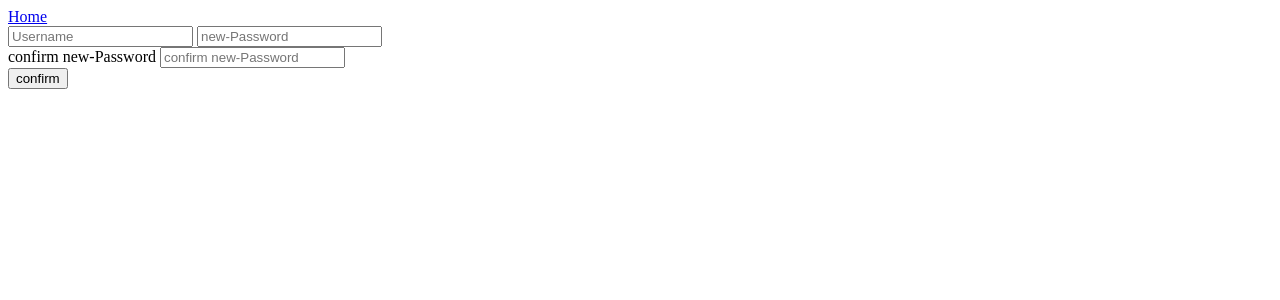
Repository: YagahAi/MARCATIR
Page: forgottenpass.html
An editor plug-in stored every save of this project. The page is shown before and after the next save, followed by the edit.
The browser window is 1280 px wide. The pictures show the whole page.

Above is the page before, as saved 2023-09-27 11:43:12.

### forgottenpass.html
<!DOCTYPE html>
<html lang="en">
<head>
    <meta charset="UTF-8">
    <meta name="viewport" content="width=device-width, initial-scale=1.0">
    <title>Document</title>
</head>
<body>
<a href="/index.html" class="container .hm">Home</a>
    <form class="row g-3">
        <form>
            <input type
        <input type="text" id= "username"placeholder="Username"/>
        <input type=" new-Password" id="new-Password" placeholder="new-Password" />
        <div class="col-auto">
            <label for="inputPassword2" class="visually-hidden">confirm new-Password</label>
        <input type="confirm new-password" class="form-control" id="confirm new-Password" placeholder="confirm new-Password" />
    </div>
        <button type="submit" class="btn btn-primary mb-3">confirm</button>
        </form>

        <!--<form class="row g-3">
            <div class="col-auto">
              <label for="staticEmail2" class="visually-hidden">Email</label>
              <input type="text" readonly class="form-control-plaintext" id="staticEmail2" value="email@example.com">
            </div>
            <div class="col-auto">
              <label for="inputPassword2" class="visually-hidden">Password</label>
              <input type="password" class="form-control" id="inputPassword2" placeholder="Password">
            </div>
            <div class="col-auto">
              <button type="submit" class="btn btn-primary mb-3">Confirm identity</button>
            </div>
          </form>-->

        </body>
</html>

After the next save:
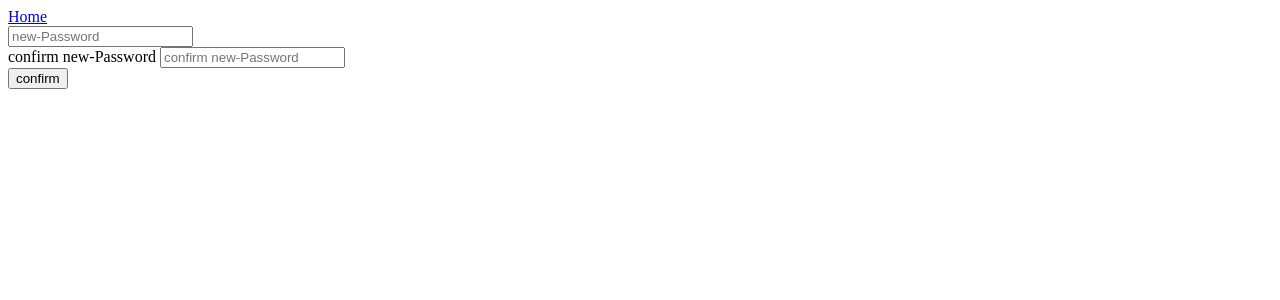
Saved 11 s later.
--- a/forgottenpass.html
+++ b/forgottenpass.html
@@ -9,7 +9,7 @@
 <a href="/index.html" class="container .hm">Home</a>
     <form class="row g-3">
         <form>
-            <input type
+            <div
         <input type="text" id= "username"placeholder="Username"/>
         <input type=" new-Password" id="new-Password" placeholder="new-Password" />
         <div class="col-auto">

After the 5 saves that followed:
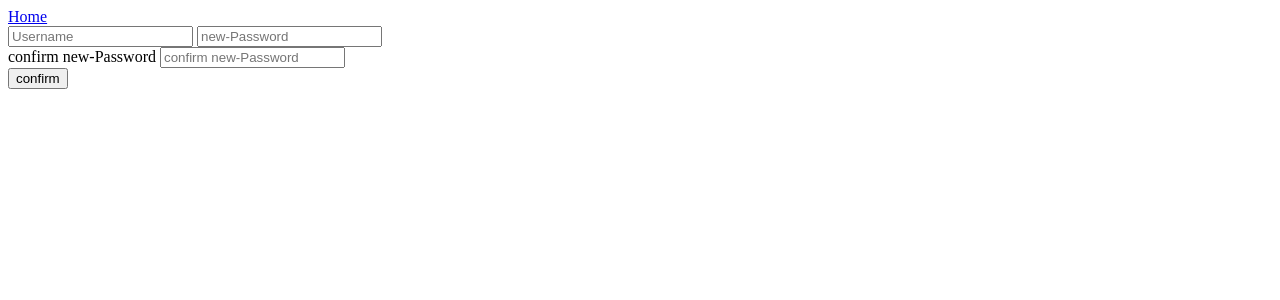
The 5 saves are shown as one change because 2 left the picture as it was and some came seconds apart.
The last was saved 19 s later.
--- a/forgottenpass.html
+++ b/forgottenpass.html
@@ -9,7 +9,7 @@
 <a href="/index.html" class="container .hm">Home</a>
     <form class="row g-3">
         <form>
-            <div
+            <div class="col-auto"></div>
         <input type="text" id= "username"placeholder="Username"/>
         <input type=" new-Password" id="new-Password" placeholder="new-Password" />
         <div class="col-auto">
